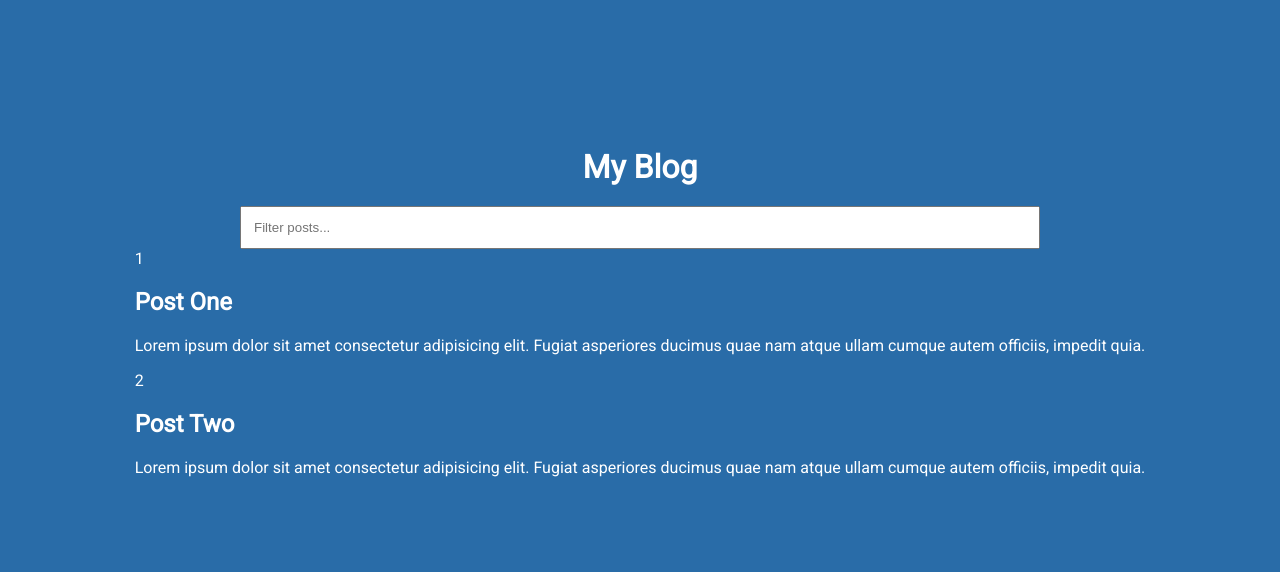
Repository: Youvelop/infiniteScroll
Page: index.html
The author's editor kept a copy of each file at every save. The page is drawn from the files as they stood at one save, then again after the next save.
The browser window is 1280 px wide. The pictures show the whole page.

Above is the page before, as saved 2020-06-30 17:35:07.

### index.html
<!DOCTYPE html>
<html lang="en">
  <head>
    <meta charset="UTF-8" />
    <meta name="viewport" content="width=device-width, initial-scale=1.0" />
    <link rel="stylesheet" href="style.css" />
    <title>Infinite Scroll</title>
  </head>
  <body>
    <h1>My Blog</h1>

    <div class="filter-container">
      <input
        type="text"
        id="filter"
        class="filter"
        placeholder="Filter posts..."
      />
    </div>

    <div id="post-container">
      <div class="post">
        <div class="number">1</div>
        <div class="post-info">
          <h2 class="post-title">Post One</h2>
          <p>
            Lorem ipsum dolor sit amet consectetur adipisicing elit. Fugiat
            asperiores ducimus quae nam atque ullam cumque autem officiis,
            impedit quia.
          </p>
        </div>
      </div>
      <div class="post">
        <div class="number">2</div>
        <div class="post-info">
          <h2 class="post-title">Post Two</h2>
          <p>
            Lorem ipsum dolor sit amet consectetur adipisicing elit. Fugiat
            asperiores ducimus quae nam atque ullam cumque autem officiis,
            impedit quia.
          </p>
        </div>
      </div>
    </div>

    <div class="loader">
      <div class="circle"></div>
      <div class="circle"></div>
      <div class="circle"></div>
    </div>

    <script src="script.js"></script>
  </body>
</html>

### style.css
@import url('https://fonts.googleapis.com/css?family=Roboto&display=swap');

* {
  box-sizing: border-box;
}
body {
  background-color: #296ca8;
  color: #fff;
  font-family: 'Roboto', sans-serif;
  display: flex;
  flex-direction: column;
  align-items: center;
  justify-content: center;
  min-height: 100vh;
  margin: 0;
  padding-bottom: 100px;
}

h1 {
  margin-bottom: 0;
  text-align: center;
}

.filter-container {
  margin-top: 20px;
  width: 80vw;
  max-width: 800px;
}

.filter {
  width: 100%;
  padding: 12px;
}

Loaded but not shown: script.js (no stored copy; drawn as an empty file)

After the next save:
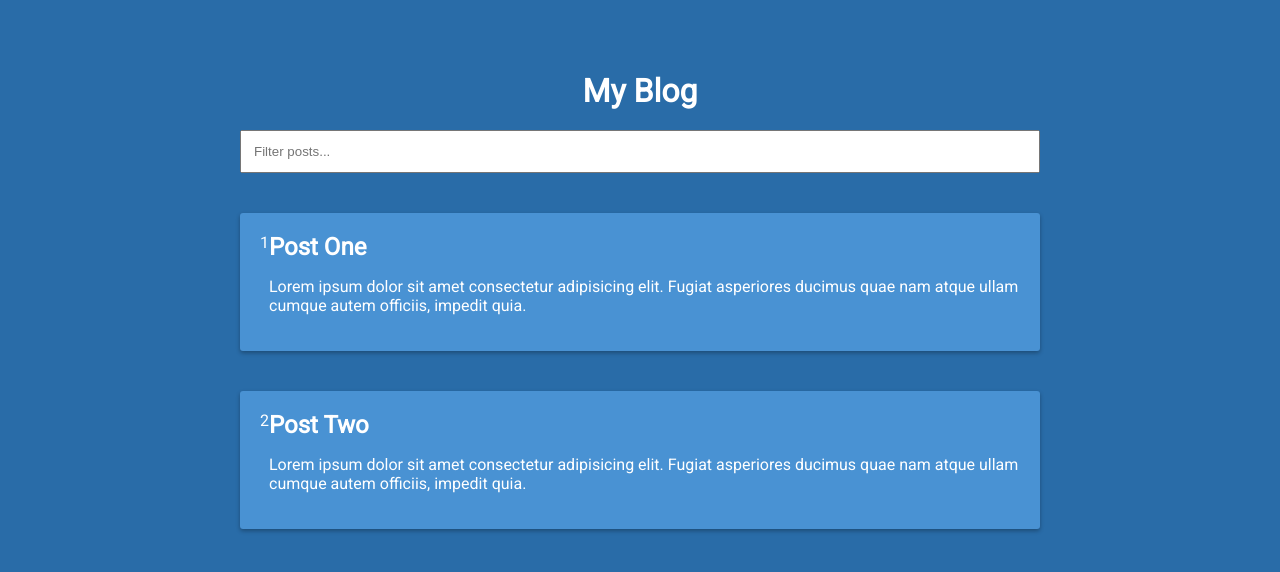
Saved 2 min 48 s later.
--- a/style.css
+++ b/style.css
@@ -31,3 +31,24 @@ h1 {
   width: 100%;
   padding: 12px;
 }
+
+.post {
+  position: relative;
+  background-color: #4992d3;
+  box-shadow: 0 2px 4px rgba(0, 0, 0, 0.3);
+  border-radius: 3px;
+  padding: 20px;
+  margin: 40px;
+  display: flex;
+  width: 80vw;
+  max-width: 800px;
+}
+
+.post .post-title {
+  margin: 0;
+}
+
+.post .post-body {
+  margin: 15px 0 0;
+  line-height: 1.3;
+}
